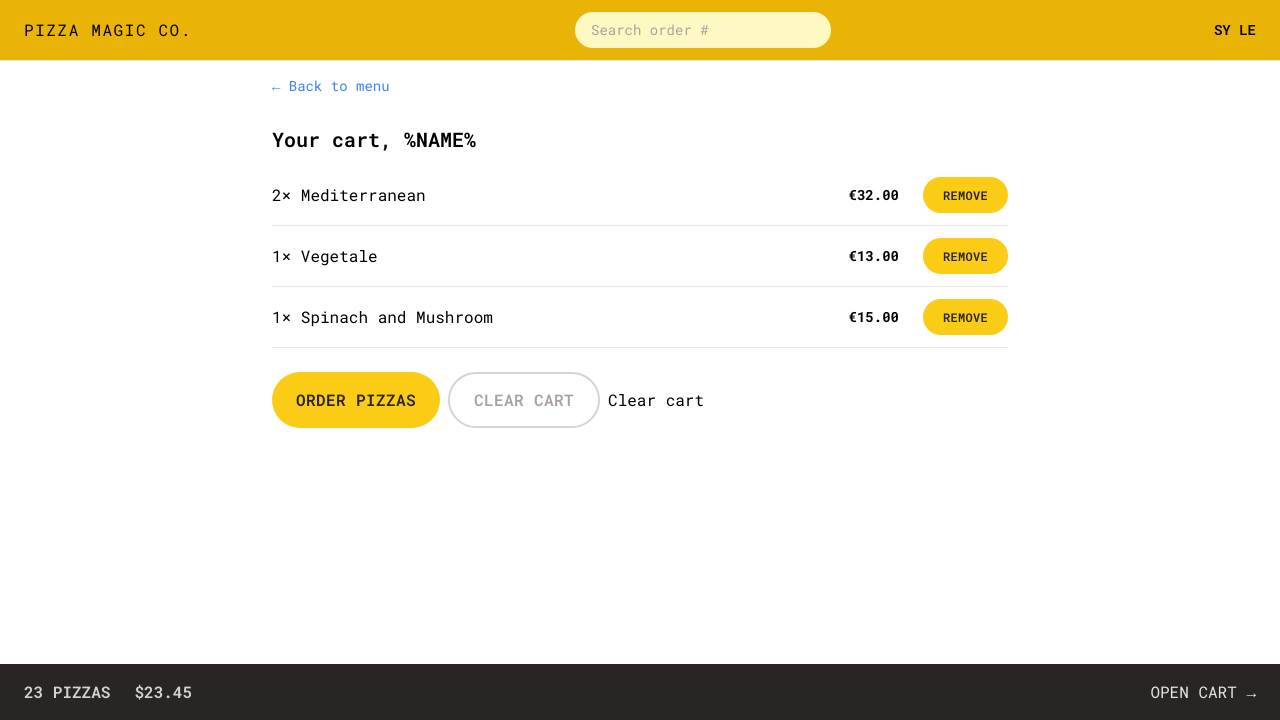
Repository: SyLe-Van/The-Pizza-Magic-web
Page: /cart
The author's editor kept a copy of each file at every save. The page is drawn from the files as they stood at one save, then again after the next save.
The browser window is 1280 px wide. The pictures show the whole page.
The project was rebuilt for these pictures with package versions that can differ from the ones it lists, and the page was loaded fresh each time. Also part of the build but not shown: vite.config.js, src/features/user/CreateUser.jsx, src/ui/Home.jsx, src/ui/Loader.jsx, src/services/apiRestaurant.js, src/features/menu/Menu.jsx, src/ui/Error.jsx, src/features/order/CreateOrder.jsx and 1 more. Imported but missing from the stored project, and not drawn on this page: src/features/menu/MenuItem.

Above is the page before, as saved 2024-07-28 18:53:05.

After the next save:
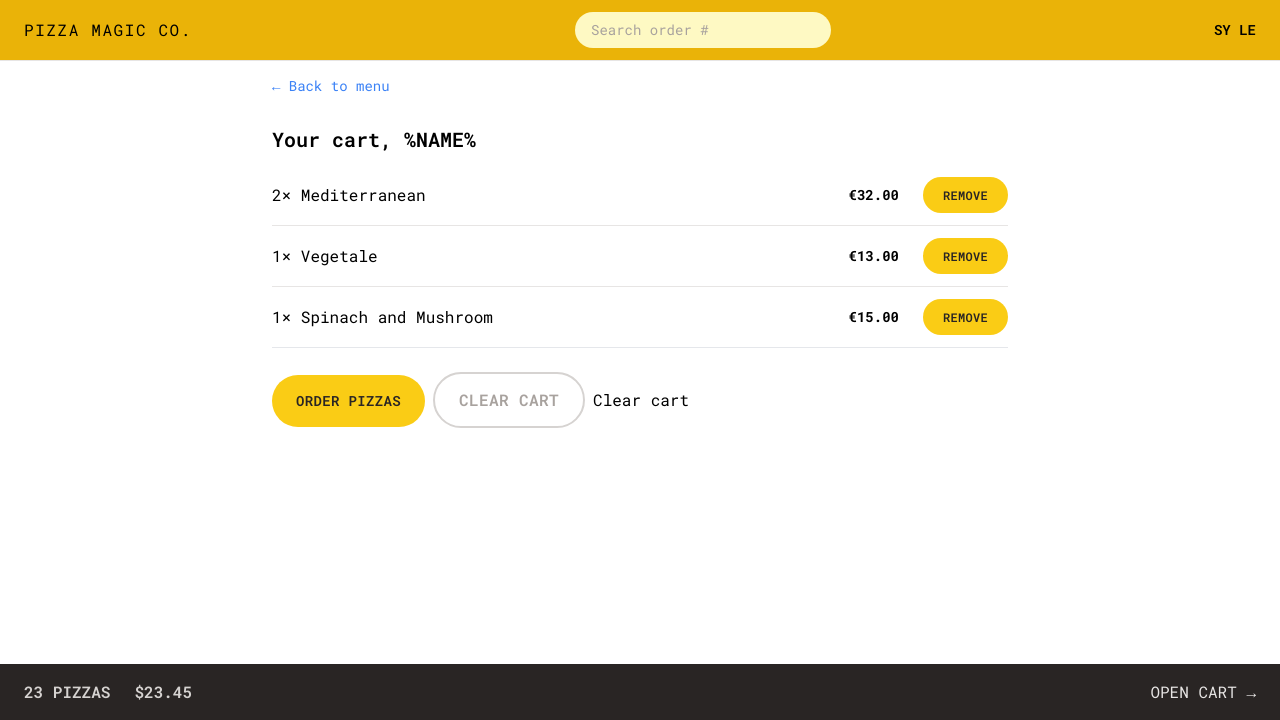
Saved 3 min 7 s later.
--- a/src/ui/Button.jsx
+++ b/src/ui/Button.jsx
@@ -1,7 +1,7 @@
 import { Link } from "react-router-dom";
 function Button({ children, disabled, to , type}) {
 
-    const base = "bg-yellow-400 focus:outline-none focus:ring-offset-2 focus:ring focus:ring-yellow-300 focus:bg-yellow-300 duration-300 transition-colors uppercase font-semibold   text-stone-800 inline-block  tracking-wide rounded-full hover:bg-yellow-300 disabled:cursor-not-allowed "
+    const base = "bg-yellow-400 text-sm focus:outline-none focus:ring-offset-2 focus:ring focus:ring-yellow-300 focus:bg-yellow-300 duration-300 transition-colors uppercase font-semibold   text-stone-800 inline-block  tracking-wide rounded-full hover:bg-yellow-300 disabled:cursor-not-allowed "
     const styles = {
         secondary: "focus:outline-none hover:text-stone-800 border-2 py-2.5 px-4 md:px-6 md:py-3.5 border-stone-300 focus:ring-offset-2 focus:ring focus:ring-stone-200 focus:bg-stone-300 duration-300 transition-colors uppercase font-semibold   text-stone-400 inline-block  tracking-wide rounded-full hover:bg-stone-300 disabled:cursor-not-allowed ",
         primary: base + "py-3 px-4 md:px-6 md:py-4",
